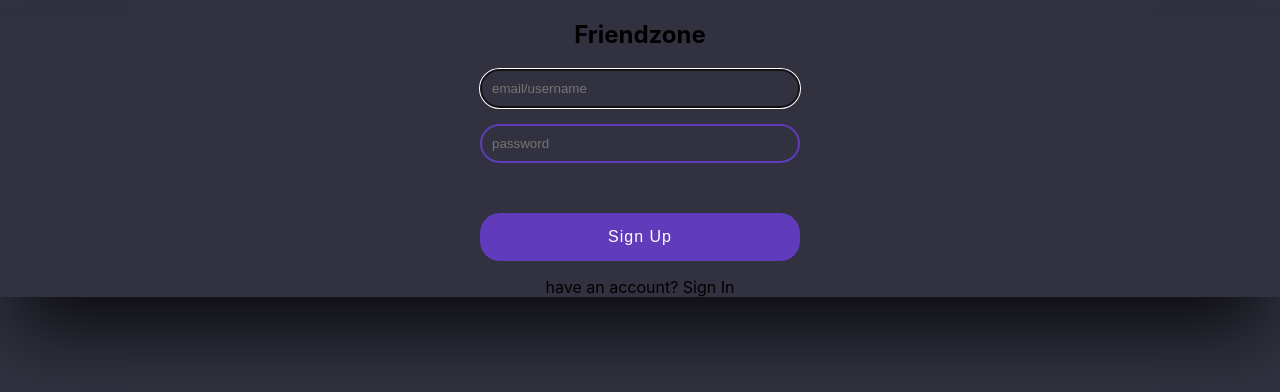
Repository: DerickT02/friend-zone
Page: /
An editor plug-in stored every save of this project. The page is shown before and after the next save, followed by the edit.
The browser window is 1280 px wide. The pictures show the whole page.
The project was rebuilt for these pictures with package versions that can differ from the ones it lists, and the page was loaded fresh each time. Also part of the build but not shown: src/Appreducer.js, src/GlobalState.js, src/Post.js, src/Homepage.js, src/fire.js.

Above is the page before, as saved 2021-07-07 07:51:31.

### src/index.js
import React from 'react';
import ReactDOM from 'react-dom';
import './index.css';
import App from './App';


ReactDOM.render(

    <App />,
  document.getElementById('root')
);

// If you want to start measuring performance in your app, pass a function
// to log results (for example: reportWebVitals(console.log))
// or send to an analytics endpoint. Learn more: https://bit.ly/CRA-vitals

### src/index.css
body {
  margin: 0;
  font-family: -apple-system, BlinkMacSystemFont, 'Segoe UI', 'Roboto', 'Oxygen',
    'Ubuntu', 'Cantarell', 'Fira Sans', 'Droid Sans', 'Helvetica Neue',
    sans-serif;
  -webkit-font-smoothing: antialiased;
  -moz-osx-font-smoothing: grayscale;
  background-color: rgb(49, 49, 63);

}

code {
  font-family: source-code-pro, Menlo, Monaco, Consolas, 'Courier New',
    monospace;
}

### src/App.js
import React, { Component, useState, useEffect } from 'react'
import { BrowserRouter, Switch, Link, Route, Redirect, Router} from 'react-router-dom'
import Login from './Login'
import Homepage from './Homepage'
import './App.css'

import fire from './fire'
import GlobalProvider from './GlobalState'

function App() {
  const [user, setUser] = useState('')
  const [email, setEmail] = useState('')
  const [password, setPassword] = useState('')
  const [emailError, setEmailError] = useState('')
  const [passwordError, setPasswordError] = useState('')
  const [hasAccount, setHasAccount] = useState(false)

const clearInputs = () => {
  setEmail('')
  setPassword('')
}

const clearErrors = () => {
  setEmailError('');
  setPasswordError('')
}

const handleLogin = () => {
  clearErrors()
  fire
  .auth()
  .signInWithEmailAndPassword(email, password)
  .catch(err => {
      switch(err.code){
          case 'auth/invalid-email':
          case 'auth/user-disabled':
          case 'auth/user-not-found':
              setEmailError(err.message)
              break;
          case 'auth/wrong-password':
              setPasswordError(err.message)
              break
      }
  })
}

const handleSignup = () => {
  clearErrors()
  fire
  .auth()
  .createUserWithEmailAndPassword(email, password)
  .catch(err => {
      switch(err.code){
          case 'auth/email-already-in-use':
          case 'auth/invalid-email':
          setEmailError(err.message);
          break;

          case 'auth/weak-password':
          setPasswordError(err.message)
      }
  })
}

const handleLogout = () => {
  fire
  .auth()
  .signOut()
}

const authListener = () => {
  fire.auth().onAuthStateChanged((user) => {
    if(user){
      clearInputs()
      setUser(user)
    }
    else {
        setUser('')
    }
  })
}

useEffect(() => {
  authListener()
}, [])

  return (
    <div className="App">
    {user ? (
      <BrowserRouter>
      <GlobalProvider>
      <Switch>
        <Route exact path = '/'><Redirect to = "/homepage"/></Route>
        <Route exact path = '/homepage'><Homepage handleLogout = {handleLogout}/></Route>
      </Switch>
      </GlobalProvider>
     </BrowserRouter>
    ) : (

      <BrowserRouter>
      <Switch>
      <Route exact path = '/homepage'><Redirect to = "/" /></Route>
        <Route><Login email = {email}
            setEmail = {setEmail}
            password = {password}
            setPassword={setPassword}
            handleLogin={handleLogin}
            handleSignup={handleSignup}
            hasAccount={hasAccount}
            setHasAccount={setHasAccount}
            emailError={emailError}
            passwordError={passwordError} /></Route>
      </Switch>
      </BrowserRouter>
    )}

    </div>
  );
}

export default App;

### src/Login.js
import React, { Component, useState, useEffect } from 'react'
import './Login.css'
import {Link} from 'react-router-dom'

const Login = (props) => {
    const {email, setEmail, password, setPassword, handleLogin, handleSignup, hasAccount, setHasAccount, emailError, passwordError} = props
    return (
        <section className = "login">
        <div className="loginContainer" >

<h1>Friendzone</h1>


<input placeholder = 'email/username' type ="text" autoFocus required value = {email} onChange={(e) => setEmail(e.target.value)}/>
<p className ="errorMsg">{emailError}</p>

<input placeholder = 'password' type ="password" required value = {password} onChange={(e) => setPassword(e.target.value)} />
<p className = "errorMsg">{passwordError}</p>
<div className="btnContainer">

    {hasAccount ? (
        <div>
       <button type = "submit" onClick = {handleLogin}>Sign in</button>
        <p>Don't have an account? <span onClick ={() => setHasAccount(!hasAccount)}>Sign Up</span></p>
        </div>
    ):(
        <div>
        <button type = "submit" onClick={handleSignup}>Sign Up</button>
        <p>have an account? <span onClick = {() => setHasAccount(!hasAccount)}>Sign In</span></p>
        </div>
    )}

</div>
</div>
</section>





    )
}


export default Login

### src/Login.css
* {
  box-sizing: border-box;
}


.login .loginContainer {

  margin: auto;



  flex-direction: column;
  justify-content: center;

  box-shadow: 0 50px 70px -20px rgba(0, 0, 0, 0.8);
}

.login .loginContainer input {
  border: 2px solid #603bbb;
  width: 25%;
  padding: 10px;
  background-color: rgb(49, 49, 63);
  border-radius: 20px;
  color: white;
}




.btnContainer {
  margin-top: 50px;
}


.btnContainer button {
  border: none;
  border-radius: 20px;
  outline: none;
  width: 25%;
  padding: 15px 0;
  color: #fff;
  font-size: 16px;
  letter-spacing: 1px;
  background: #603bbb;
  cursor: pointer;
}

Loaded but not shown: public/index.html (common file); src/App.css (common file)

After the next save:
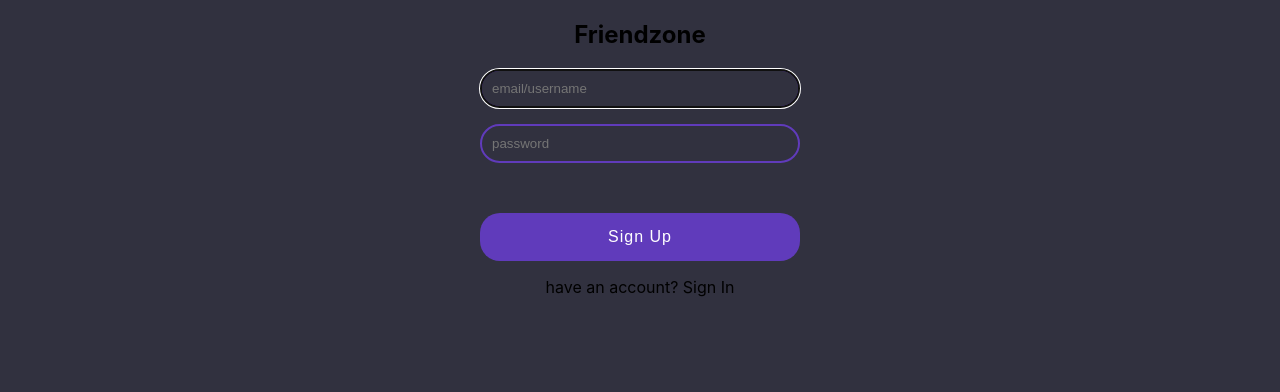
Saved 5 s later.
--- a/src/Login.css
+++ b/src/Login.css
@@ -5,14 +5,7 @@
 
 .login .loginContainer {
 
-  margin: auto;
 
-
-
-  flex-direction: column;
-  justify-content: center;
-
-  box-shadow: 0 50px 70px -20px rgba(0, 0, 0, 0.8);
 }
 
 .login .loginContainer input {
